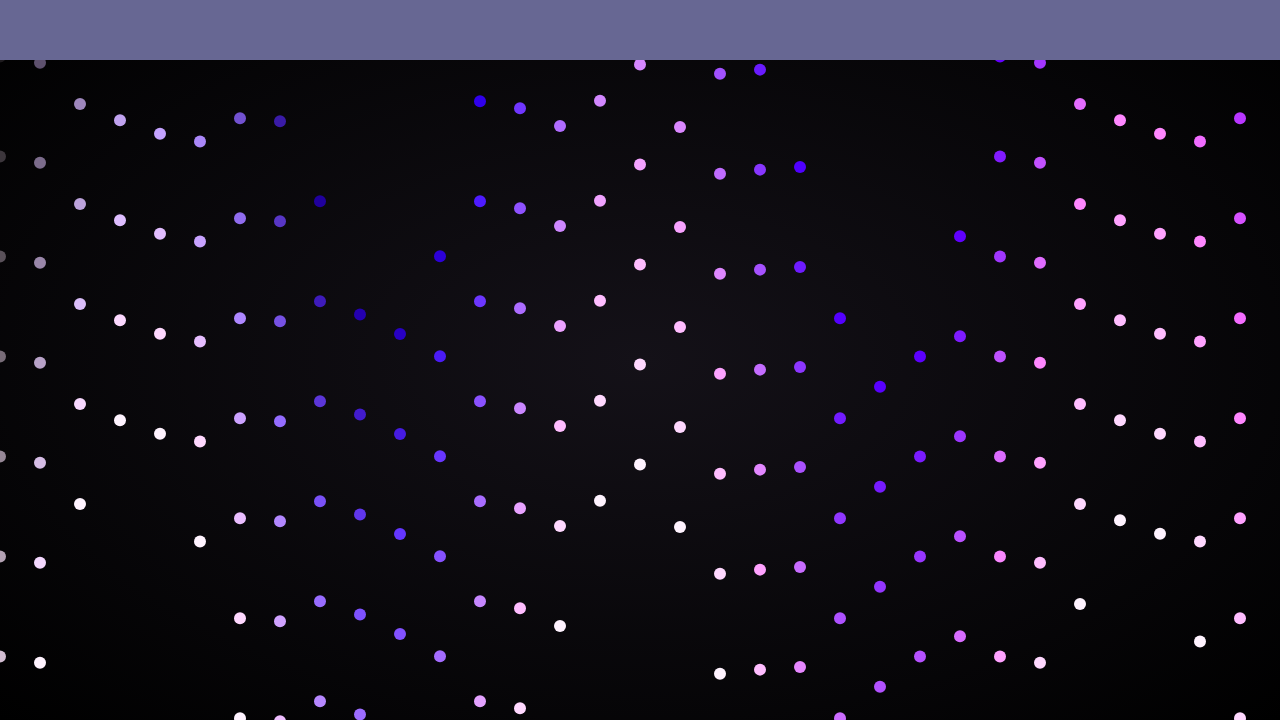
Repository: Iban-del/ProjetBacIban
Page: index.html
The author's editor kept a copy of each file at every save. The page is drawn from the files as they stood at one save, then again after the next save.
The browser window is 1280 px wide. The pictures show the whole page.

Above is the page before, as saved 2025-02-19 19:15:28.

### index.html
<!DOCTYPE html>
<html lang="fr">
<head>
    <meta charset="UTF-8">
    <meta name="viewport" content="width=device-width, initial-scale=1.0">
    <link rel="icon" type="image/x-icon" href="./image/image.png">
    <link rel="stylesheet" href="./css/index.css">
    <title>Iban</title>
    <script src="./js/background.js" type="module"></script>
    <canvas id="canvas-background"></canvas>
</head>
<body>
    <nav class="navBar"></nav>

</body>
</html>

### css/index.css
html,body{
    margin: 0px;
    overflow-x: clip;
    display: flex;
}

.navBar{
    height: 60px;
    width: 100%;
    position: fixed;
    background-color: rgb(103, 103, 147);
    z-index: 1;
    display: flex;
    justify-content: end;
    align-items: center;
    color: white;
}

.background-canvas{
    overflow-x: clip;
    background:radial-gradient(rgb(50, 50, 71), rgb(0, 0, 0));
    z-index: 10;
    position: fixed;
}

### js/background.js
/**
 * création du fond du site
 */

//constante avec les couleur des composant
const darkColor ={
    backgrounds1:"#000",
    backgrounds2:"#141118",
};

//constante avec les couleur des composant
const lightColor ={
    backgrounds1:"#FDFCFE",
    backgrounds2:"#FAF8FD",
};


/**
 * fonction qui permet de géré le fond par default en cas d'érreur
 */
function defaultBackground(){

    const body = document.querySelector("body");

    if(body instanceof HTMLBodyElement){
        body.style.backgroundColor = darkColor.backgrounds2;
    }

}


/**
 * cette fonction permet d'attribué le style au canvas
 */
function canvasStyle(canvas){

    if(canvas instanceof HTMLCanvasElement){

        canvas.height = window.innerHeight;
        canvas.width = window.innerWidth;
        canvas.style.background = "radial-gradient("+darkColor.backgrounds2+","+darkColor.backgrounds1+")";

        return;
    }

    throw new Error("Canvas n'est pas de type HTMLCanvasElement ");

}

/**
 * fonction de création d'une vague
 */
function vague(x,A){

    const lambda = 0.002;//longueur d'onde
    const k = lambda*2*Math.PI; //nombre oscilation
    const phi = 3;//décalage
    return A*Math.sin(k*x+phi);
}


/**
 * affichage de la vague
 * @param CanvasRenderingContext2D  ctx
 */
function drawVague(ctx,canvas,A,steep){

    if(ctx instanceof CanvasRenderingContext2D){
        ctx.clearRect(0, 0, canvas.width, canvas.height);
        let color =0;
        for(let t = -100;t < window.innerHeight+100;t+= 100){

            for(let i = 0 ;i < window.innerWidth;i+=40){
                let x = i
                let y = vague(x,A)+(t)+(x*0.1);
                // ctx.beginPath();
                // ctx.lineTo(x,y)
                // ctx.moveTo(x,y)
                ctx.beginPath();
                ctx.fillStyle=`rgb(${color+(i*.1)},${color*0.9},${color+(i*.49)})`;
                ctx.arc(x,y,6,0,Math.PI*2,true)
                ctx.fill();

            }
            color+=30;
        }


        if(A >100){

            steep =1;

        }else if(A < 10){
            steep = -1;
        }
        A+= steep;
        // Demander la prochaine frame
        requestAnimationFrame(() => drawVague(ctx, canvas, A, steep));

    }


}

/**
 * fonction pour annimer le fond
 */
function animateBackground(ctx,canvas,A){

    let steep = 1;
    drawVague(ctx,canvas,A,steep)



    //requestAnimationFrame(animateBackground(ctx,A+steep));

}


/**
 * fonction d'initialisation du fond
 */
function init(){
    //récupération des élémentcanvas
    const canvas = document.querySelector("canvas");

    if(canvas instanceof HTMLCanvasElement){

        const ctx = canvas.getContext('2d');

        canvasStyle(canvas);
        animateBackground(ctx,canvas,100)

    }
}

try{

    init()

}catch(error){

    console.log(error)
    defaultBackground()
}

After the next save:
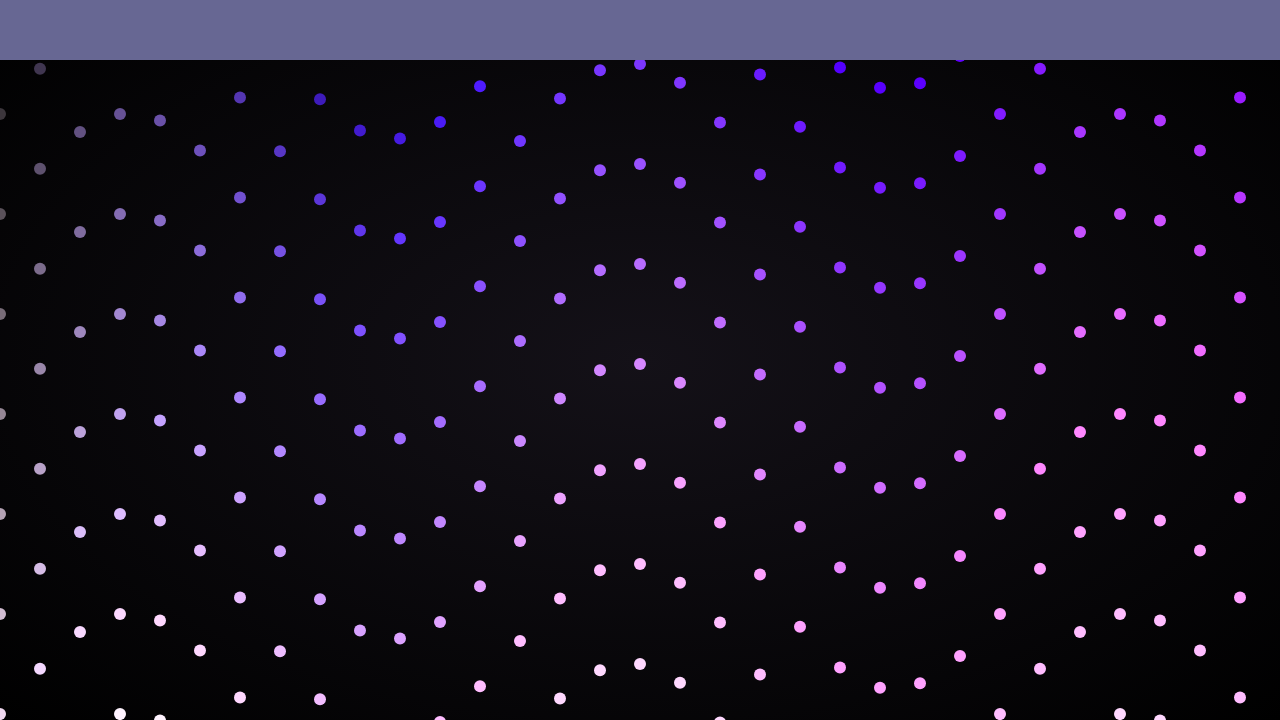
Saved 32 s later.
--- a/js/background.js
+++ b/js/background.js
@@ -88,12 +88,13 @@
 
         if(A >100){
 
-            steep =1;
 
+            A+= steep;
         }else if(A < 10){
-            steep = -1;
+
+            A-= steep;
         }
-        A+= steep;
+
         // Demander la prochaine frame
         requestAnimationFrame(() => drawVague(ctx, canvas, A, steep));
 

After the 3 saves that followed:
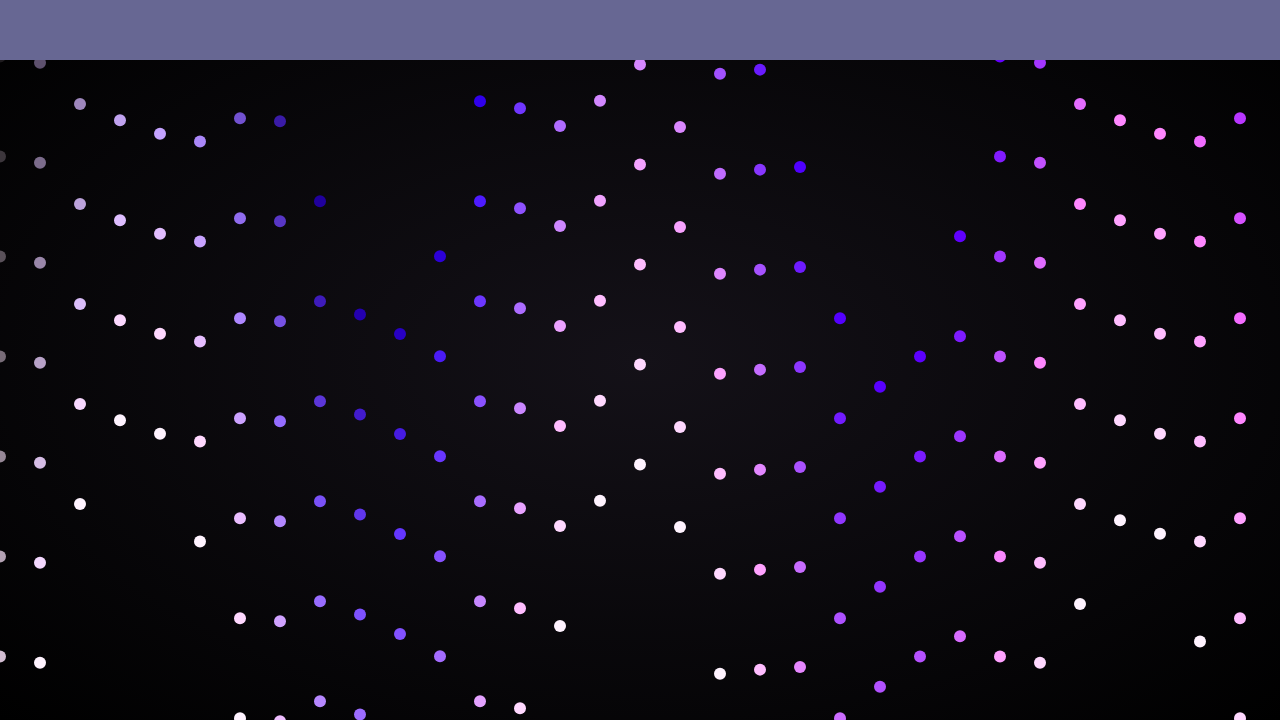
The 3 saves are shown as one change because 2 left the picture as it was.
The last was saved 32 s later.
--- a/js/background.js
+++ b/js/background.js
@@ -88,13 +88,12 @@
 
         if(A >100){
 
+            steep =1;
 
-            A+= steep;
         }else if(A < 10){
-
-            A-= steep;
+            steep = -1;
         }
-
+        A+= steep;
         // Demander la prochaine frame
         requestAnimationFrame(() => drawVague(ctx, canvas, A, steep));
 
